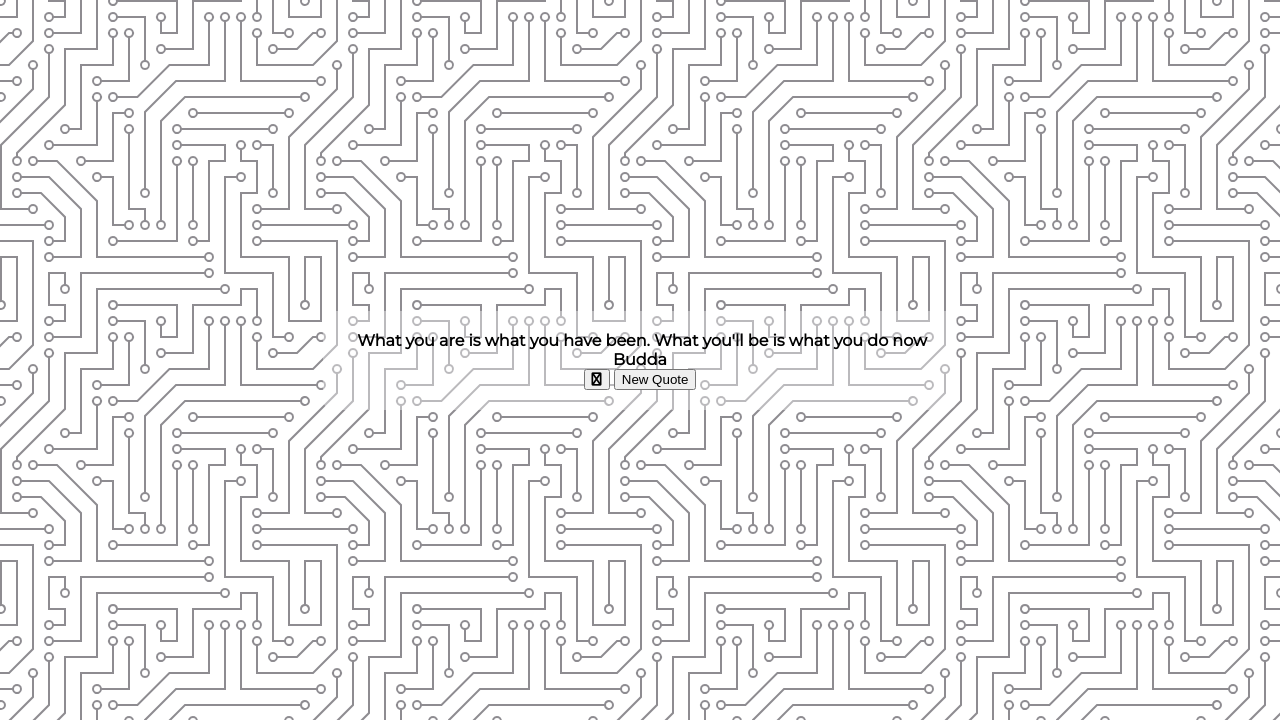
Repository: davidwood3/test-template
Page: .vscode/quote-generator/index.html
An editor plug-in stored every save of this project. The page is shown before and after the next save, followed by the edit.
The browser window is 1280 px wide. The pictures show the whole page.
Some icons come from a web library that is not loaded, so they are not drawn. Some web libraries are served in a nearby version.

Above is the page before, as saved 2023-07-25 19:21:13.
Console error: SyntaxError: Unexpected token '<'

After the next save:
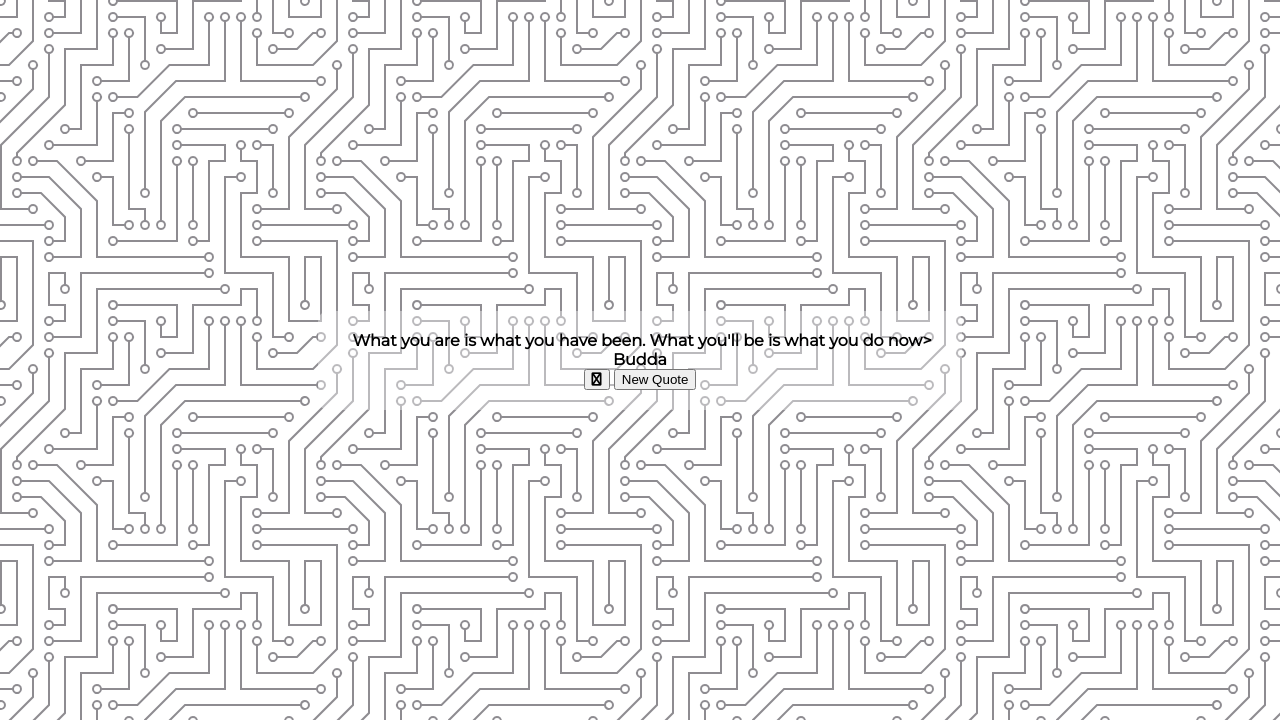
Saved 8 min 39 s later.
--- a/.vscode/quote-generator/index.html
+++ b/.vscode/quote-generator/index.html
@@ -13,8 +13,8 @@
    <div class="quote-container" id="quote-container">
     <!-- Quote -->
     <div class="quote-text">
-    <i class="fas fa-quote-text"></i>
-    <span id="quote">What you are is what you have been. What you'll be is what you do now</span
+        <i class="fas fa-quote-text"></i>
+        <span id="quote">What you are is what you have been. What you'll be is what you do now></span>
     </div>
     <!-- Author -->
     <div class="quote-author">
